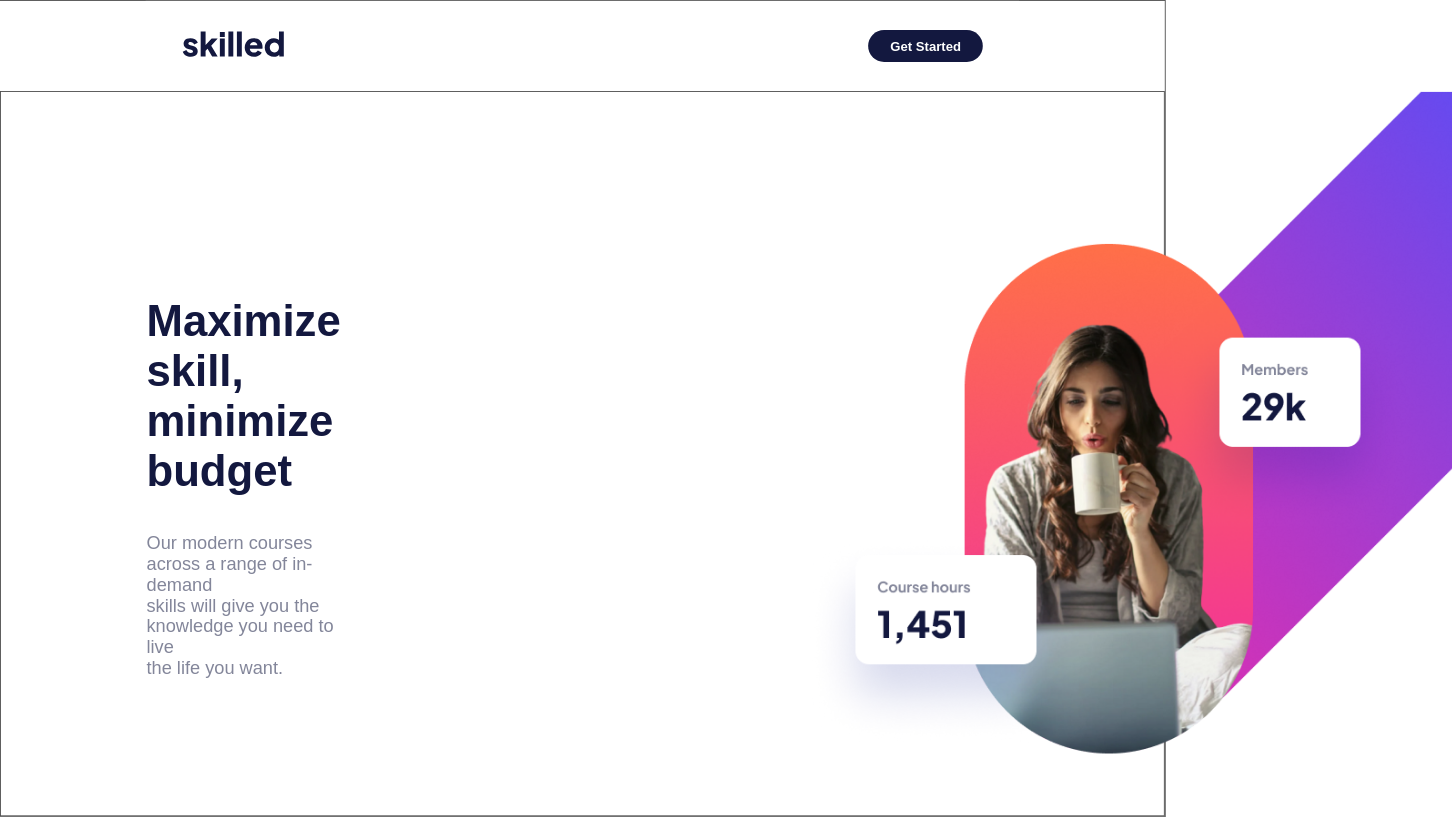
Repository: exe-walt/E-Learning-Landing-Page
Page: index.html
These files come from the project's save history. The page is drawn as it stood at one moment and after a run of saves; the edit follows.
The browser window is 1280 px wide. The page is 1596 px wide, then 1580 px, so the pictures cover 1596 px, including what lies to the right of the window. The pictures show the whole page, at 91% of full size.
Some web fonts or font styles are not loaded; a fallback is used.

Above is the page before, as saved 2025-05-27 21:03:20.

After the next 2 saves:
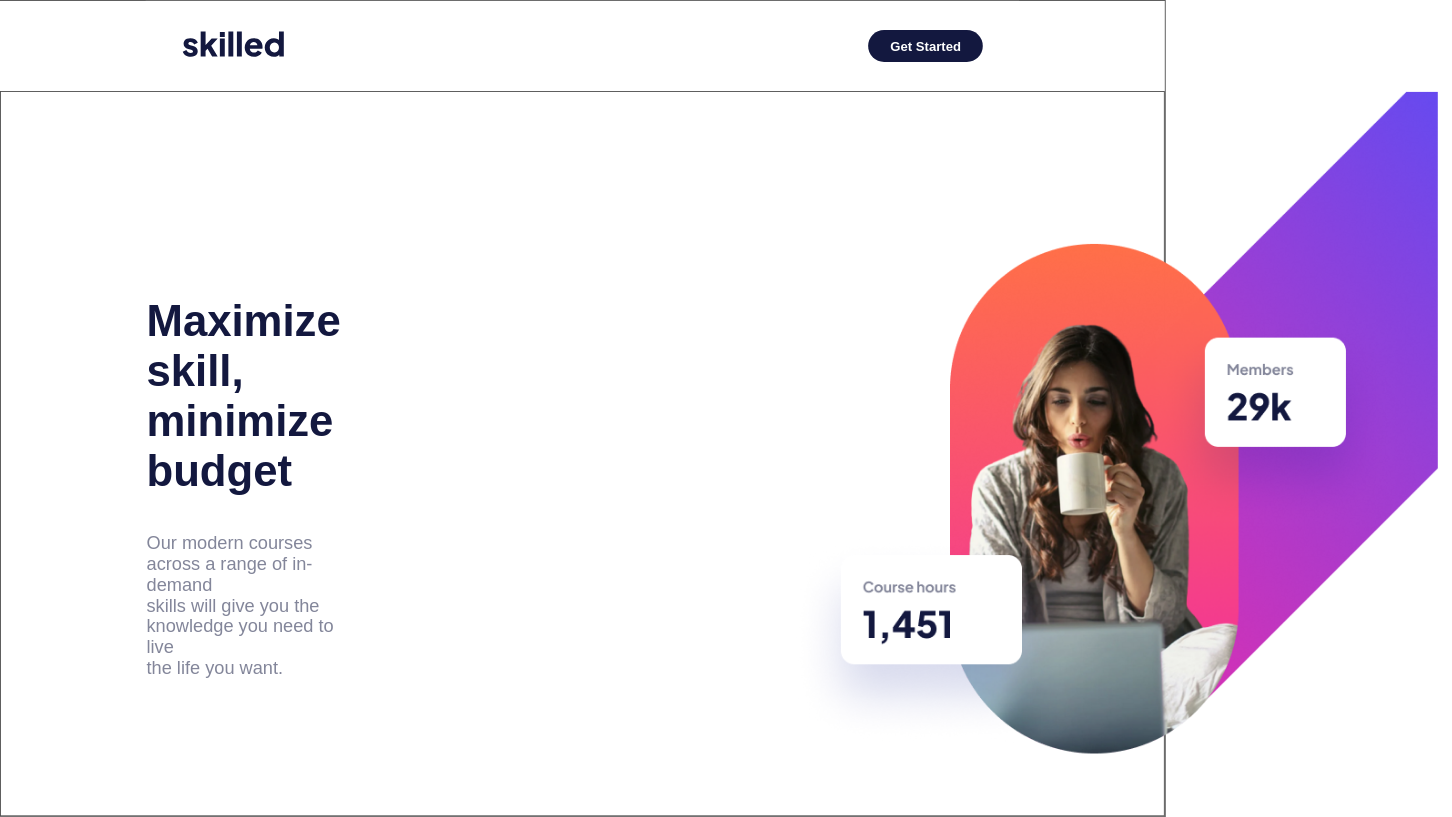
The 2 saves are shown as one change because they came seconds apart.
The last was saved 8 s later.
--- a/css/style.css
+++ b/css/style.css
@@ -84,5 +84,5 @@ body {
 }
 
 .hero-image img{
-  padding-left: 32em;
+  padding-left: 31em;
 }
